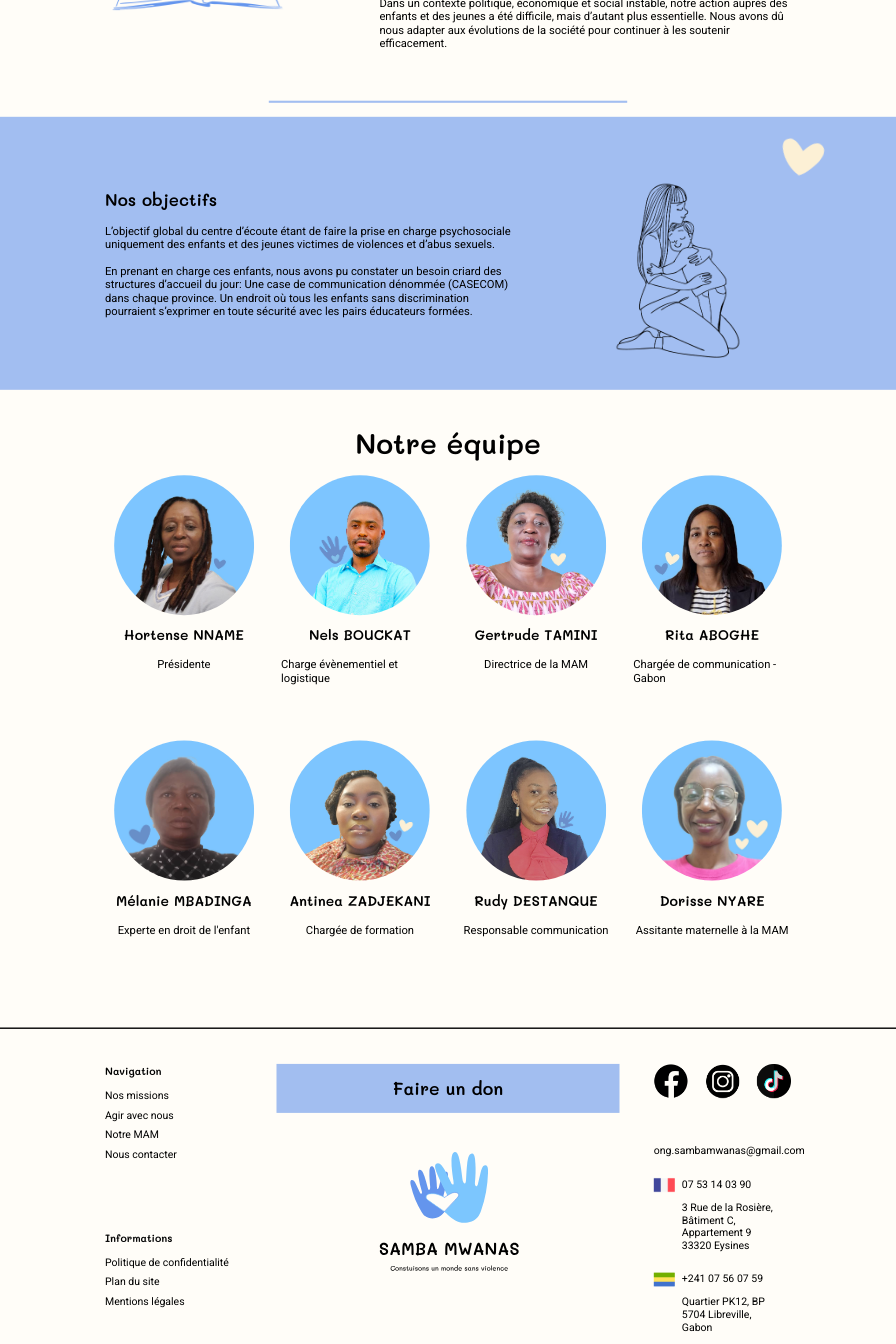
Repository: Danie-lDasilva/Samba-Mwanas
Page: index.html
These files come from the project's save history. The page is drawn as it stood at one moment and after the next save; the edit follows.
The browser window is 1280 px wide. The pictures show the part of the page from y = 1397 to 3317 px (the page is 3317 px tall), at 70% of full size.

Above is the page before, as saved 2025-03-06 20:20:46.

After the next save:
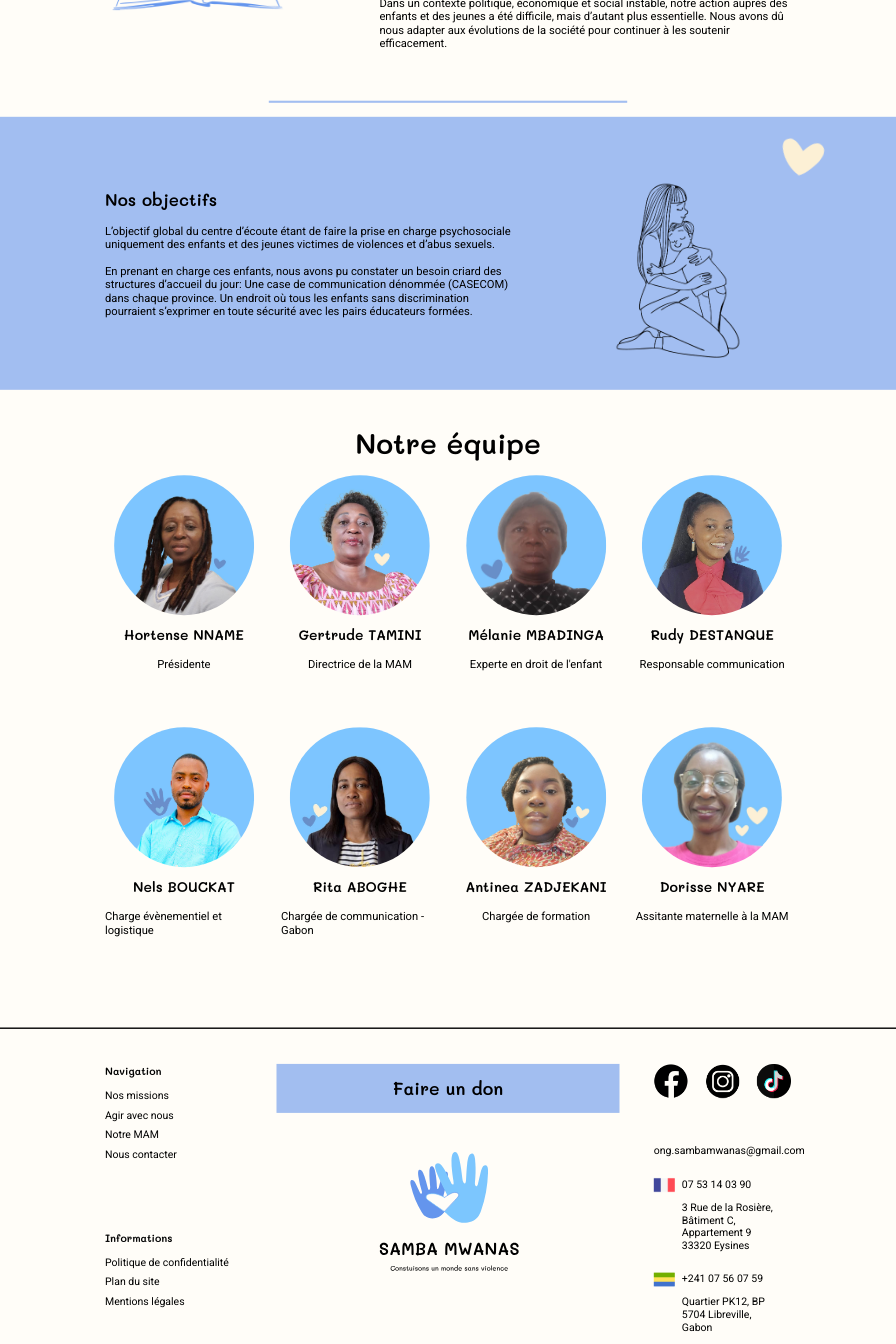
Saved 4 min 8 s later.
--- a/index.html
+++ b/index.html
@@ -150,6 +150,27 @@
                 </div>
                 <div class="Personne">
                     <div class="Photo">
+                        <img src="assets/img/Gertrude.jpg" alt="Photo de Gertrude TAMINI">
+                    </div>
+                    <strong>Gertrude TAMINI</strong>
+                    <p>Directrice de la MAM</p>
+                </div>
+                <div class="Personne">
+                    <div class="Photo">
+                        <img src="assets/img/Mélanie.jpg" alt="Photo de Mélanie MBADINGA" class="MBADINGA">
+                    </div>
+                    <strong>Mélanie MBADINGA</strong>
+                    <p>Experte en droit de l'enfant</p>
+                </div>
+                <div class="Personne">
+                    <div class="Photo">
+                        <img src="assets/img/Rudy.jpg" alt="Photo de Rudy DESTANQUE">
+                    </div>
+                    <strong>Rudy DESTANQUE</strong>
+                    <p>Responsable communication</p>
+                </div>
+                <div class="Personne">
+                    <div class="Photo">
                         <img src="assets/img/Nels.jpg" alt="Photo de Nels BOUCKAT" class="Nels">
                     </div>
                     <strong>Nels BOUCKAT</strong>
@@ -157,13 +178,6 @@
                 </div>
                 <div class="Personne">
                     <div class="Photo">
-                        <img src="assets/img/Gertrude.jpg" alt="Photo de Gertrude TAMINI">
-                    </div>
-                    <strong>Gertrude TAMINI</strong>
-                    <p>Directrice de la MAM</p>
-                </div>
-                <div class="Personne">
-                    <div class="Photo">
                         <img src="assets/img/Rita.jpg" alt="Photo de Rita ABOGHE">
                     </div>
                     <strong>Rita ABOGHE</strong>
@@ -171,24 +185,10 @@
                 </div>
                 <div class="Personne">
                     <div class="Photo">
-                        <img src="assets/img/Mélanie.jpg" alt="Photo de Mélanie MBADINGA" class="MBADINGA">
-                    </div>
-                    <strong>Mélanie MBADINGA</strong>
-                    <p>Experte en droit de l'enfant</p>
-                </div>
-                <div class="Personne">
-                    <div class="Photo">
                         <img src="assets/img/Antinea.jpg" alt="Photo de Antinea ZADJEKANI" class="Antinea">
                     </div>
                     <strong>Antinea ZADJEKANI</strong>
                     <p>Chargée de formation</p>
-                </div>
-                <div class="Personne">
-                    <div class="Photo">
-                        <img src="assets/img/Rudy.jpg" alt="Photo de Rudy DESTANQUE">
-                    </div>
-                    <strong>Rudy DESTANQUE</strong>
-                    <p>Responsable communication</p>
                 </div>
                 <div class="Personne">
                     <div class="Photo">
